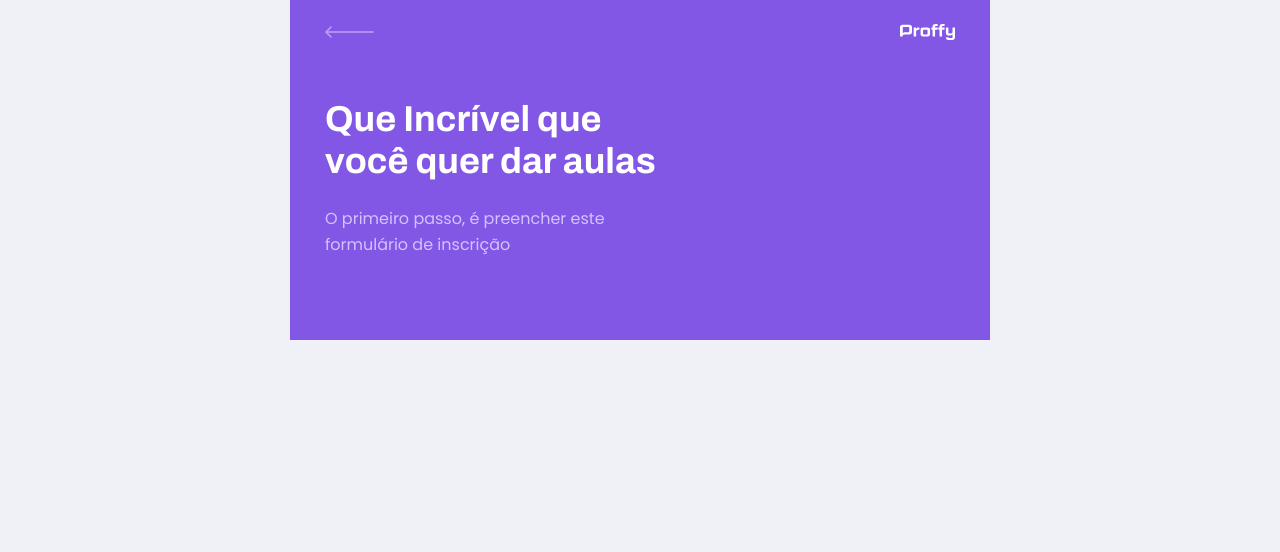
Repository: LukeVersus/NLW
Page: give-classes.html
These files come from the project's save history. The page is drawn as it stood at one moment and after the next save; the edit follows.
The browser window is 1280 px wide. The pictures show the whole page.

Above is the page before, as saved 2020-08-05 21:17:06.

After the next save:
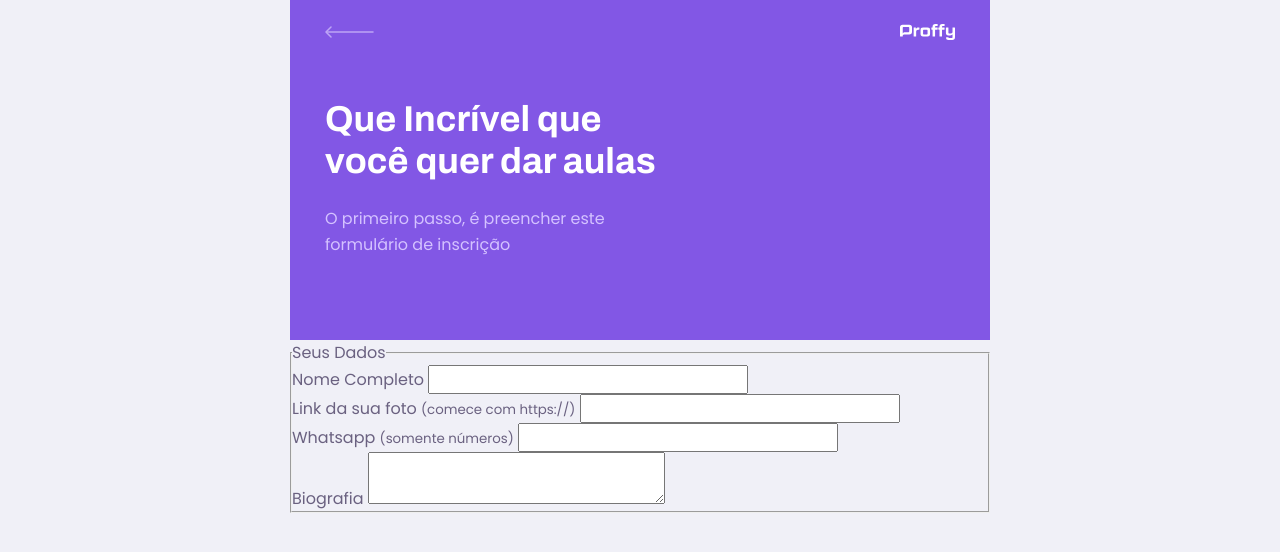
Saved 10 min 2 s later.
--- a/give-classes.html
+++ b/give-classes.html
@@ -26,7 +26,27 @@
             </div>
         </header>
         <main>
-
+           <form action="" id="create-class">
+               <fieldset>
+                   <legend>Seus Dados</legend>
+                   <div class="input-block">
+                       <label for="name">Nome Completo</label>
+                       <input name="name" id="name" required>
+                   </div>
+                   <div class="input-block">
+                       <label for="avatar">Link da sua foto <small>(comece com https://)</small></label>
+                       <input name="avatar" id="avatar" type="url" required>
+                   </div>
+                   <div class="input-block">
+                       <label for="whatsapp">Whatsapp <small>(somente números)</small></label>
+                       <input name="whatsapp" id="whatsapp" type="number" required>
+                   </div>
+                   <div class="textarea-block">
+                       <label for="bio">Biografia</label>
+                       <textarea name="bio" id="bio" required></textarea>
+                   </div>
+               </fieldset>
+           </form>
         </main>
     </div>
 
